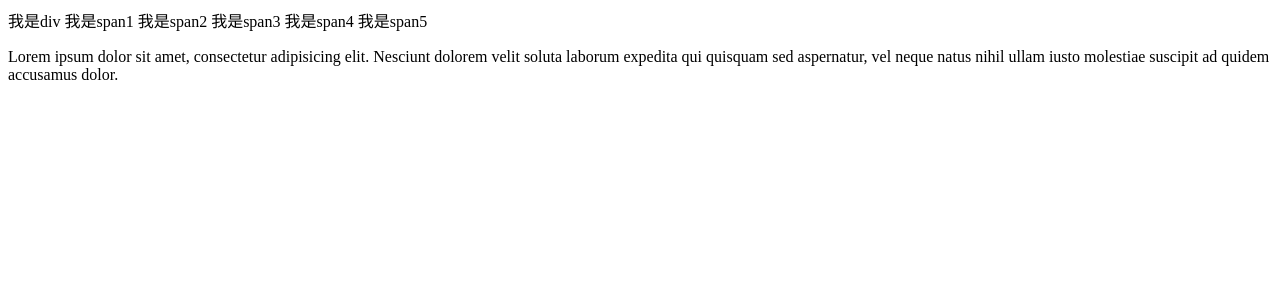
Repository: nanfengovo/CSS
Page: display.html
The author's editor kept a copy of each file at every save. The page is drawn from the files as they stood at one save, then again after the next save.
The browser window is 1280 px wide. The pictures show the whole page.

Above is the page before, as saved 2025-01-01 10:50:29.

### display.html
<!DOCTYPE html>
<html lang="en">
<head>
    <meta charset="UTF-8">
    <meta name="viewport" content="width=device-width, initial-scale=1.0">
    <title>CSS display</title>
    <style>
        div{
            display: inline;

        }
    </style>
</head>
<body>
    <div>我是div</div>
    <span>我是span1</span>
    <span>我是span2</span>
    <span>我是span3</span>
    <span>我是span4</span>
    <span>我是span5</span>
    <p>Lorem ipsum dolor sit amet, consectetur adipisicing elit. Nesciunt dolorem velit soluta laborum expedita qui quisquam sed aspernatur, vel neque natus nihil ullam iusto molestiae suscipit ad quidem accusamus dolor.</p>
</body>
</html>

After the next save:
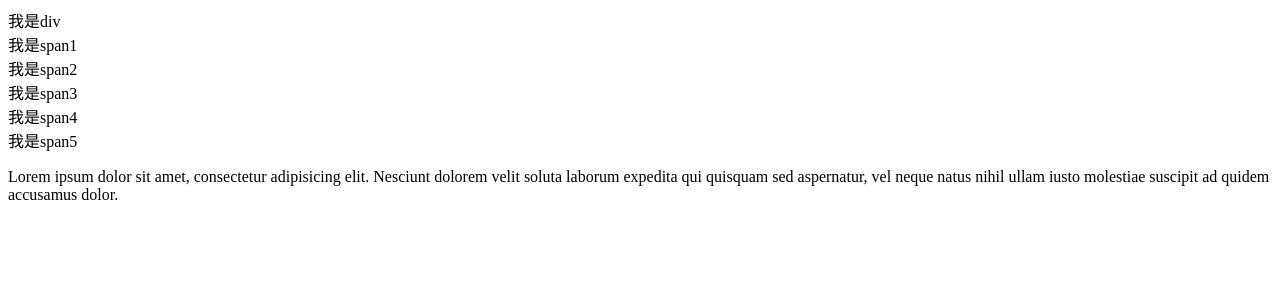
Saved 72 s later.
--- a/display.html
+++ b/display.html
@@ -8,6 +8,9 @@
         div{
             display: inline;
 
+        }
+        span{
+            display: block;
         }
     </style>
 </head>

After the save that followed:
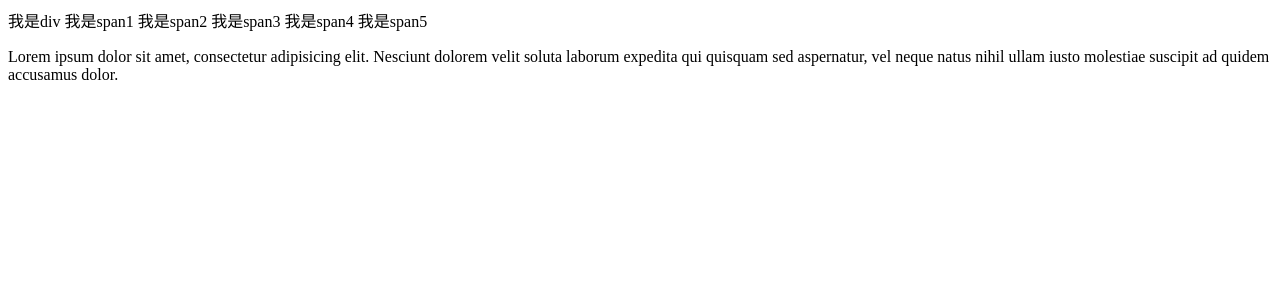
Saved 47 s later.
--- a/display.html
+++ b/display.html
@@ -6,11 +6,11 @@
     <title>CSS display</title>
     <style>
         div{
-            display: inline;
+            display: inline-block;
 
         }
         span{
-            display: block;
+            /* display: block; */
         }
     </style>
 </head>
